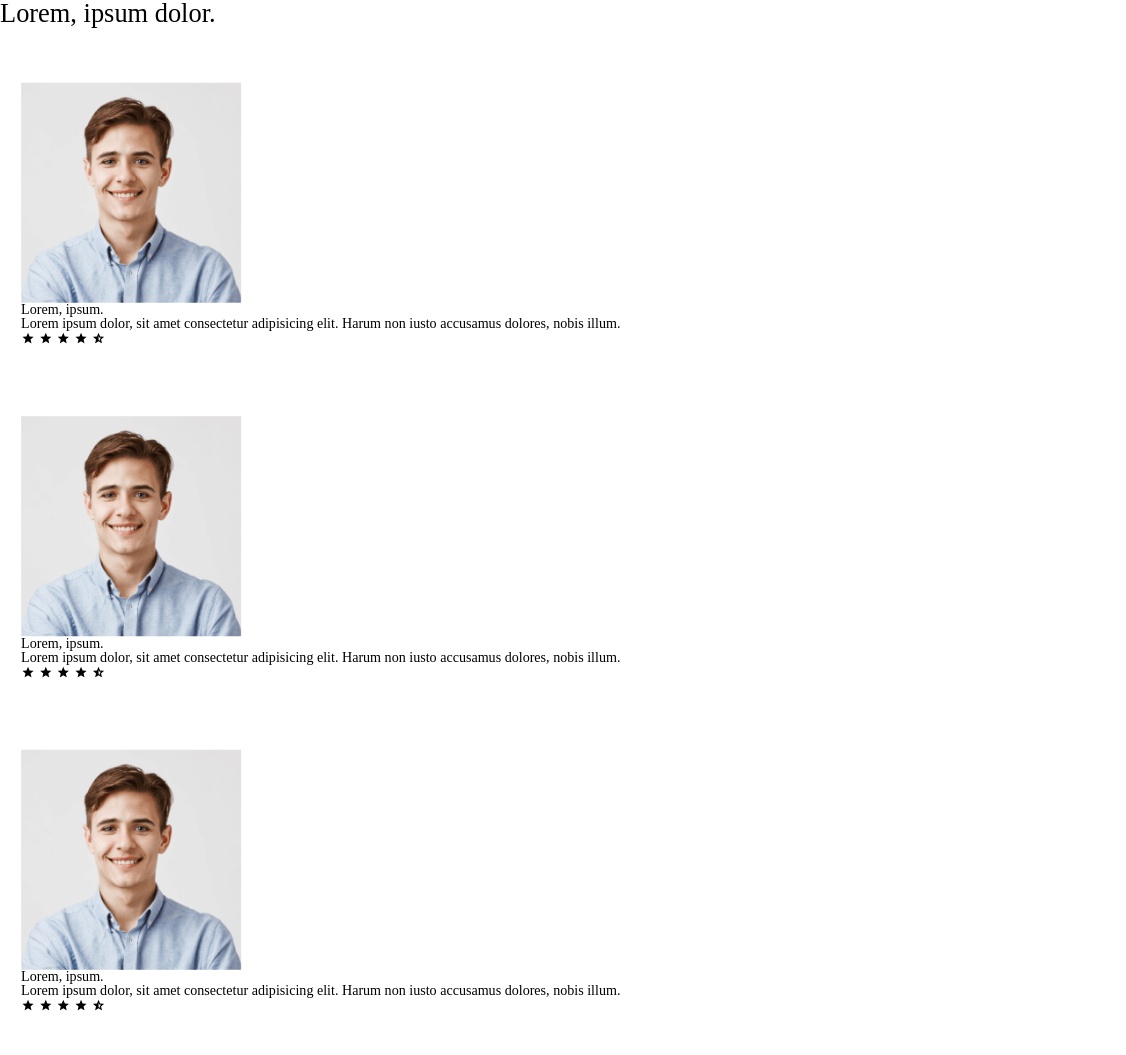
Repository: dinhhaidh/slider-3
Page: index.html
These files come from the project's save history. The page is drawn as it stood at one moment and after the next save; the edit follows.
The browser window is 1280 px wide. The pictures show the whole page, at 88% of full size.

Above is the page before, as saved 2024-03-22 21:52:27.

### index.html
<!DOCTYPE html>
<html lang="en">
<head>
    <meta charset="UTF-8">
    <meta name="viewport" content="width=device-width, initial-scale=1.0">
    <title>Document</title>
    <link rel="stylesheet" href="https://cdnjs.cloudflare.com/ajax/libs/remixicon/4.2.0/remixicon.min.css">

    <link rel="stylesheet" href="./css/swiper-bundle.min.css">

    <link rel="stylesheet" href="./css/style.css">

</head>
<body>
    <div class="new">
        <h3 class="new__title">
            Lorem, ipsum dolor.
        </h3>

        <div class="new__container container">
            <div class="new__swiper">
                <div>
                    <article class="new__card new__article">
                        <img src="./img1.png" alt="" class="new__img">
                        <h3 class="new__subtitle">
                            Lorem, ipsum.
                        </h3>
                        <p class="new__description">
                            Lorem ipsum dolor, sit amet consectetur adipisicing elit. Harum non iusto accusamus dolores, nobis illum.
                        </p>
                        <div class="new__stars">
                            <i class="ri-star-s-fill"></i>
                            <i class="ri-star-s-fill"></i>
                            <i class="ri-star-s-fill"></i>
                            <i class="ri-star-s-fill"></i>
                            <i class="ri-star-half-s-line"></i>
                        </div>
                    </article>

                    <article class="new__card new__article">
                        <img src="./img1.png" alt="" class="new__img">
                        <h3 class="new__subtitle">
                            Lorem, ipsum.
                        </h3>
                        <p class="new__description">
                            Lorem ipsum dolor, sit amet consectetur adipisicing elit. Harum non iusto accusamus dolores, nobis illum.
                        </p>
                        <div class="new__stars">
                            <i class="ri-star-s-fill"></i>
                            <i class="ri-star-s-fill"></i>
                            <i class="ri-star-s-fill"></i>
                            <i class="ri-star-s-fill"></i>
                            <i class="ri-star-half-s-line"></i>
                        </div>
                    </article>

                    <article class="new__card new__article">
                        <img src="./img1.png" alt="" class="new__img">
                        <h3 class="new__subtitle">
                            Lorem, ipsum.
                        </h3>
                        <p class="new__description">
                            Lorem ipsum dolor, sit amet consectetur adipisicing elit. Harum non iusto accusamus dolores, nobis illum.
                        </p>
                        <div class="new__stars">
                            <i class="ri-star-s-fill"></i>
                            <i class="ri-star-s-fill"></i>
                            <i class="ri-star-s-fill"></i>
                            <i class="ri-star-s-fill"></i>
                            <i class="ri-star-half-s-line"></i>
                        </div>
                    </article>
                </div>
            </div>
        </div>
    </div>

    <script src="./js/swiper-bundle.min.js"></script>
    <script src="./js/app.js"></script>
</body>
</html>

### css/style.css
*,
*:before,
*:after {
  box-sizing: border-box;
}
* {
  margin: 0;
  padding: 0;
  font: inherit;
}
img,
picture,
svg,
video {
  display: block;
  max-width: 100%;
}
input,
select,
textarea {
  background-color: transparent;
  outline: none;
}
button {
  cursor: pointer;
  background-color: transparent;
  outline: none;
  border: 0;
}
body {
  min-height: 100vh;
  font-weight: 400;
  font-size: 16px;
  line-height: 1;
}

.container{
  max-width: 1220px;
  Margin-inline: 1.5rem;
}


.new__title{
  font-size: 30px;
  margin-bottom: 2rem;
}

.new__card{
}
.new__article{
  padding: 2rem 0 3rem;
}
.new__img{

}
.new__subtitle{

}
.new__description{

}
.new__stars{

}
.ri-star-s-fill{

}
.ri-star-half-s-line{

}

### js/app.js

let swiperCustomer = new Swiper('.customer__swiper', {
    loop: true,
    spaceBetween: 16,
    slidesPerView: 'auto',
    centeredSlides: true,


     // Navigation arrows
    navigation: {
        nextEl: '.swiper-button-next',
        prevEl: '.swiper-button-prev',
    },

    breakpoints: {
        1150: {
            slidesPerView: 3,
            centeredSlides: false,
        }
    }
});

Loaded but not shown: css/swiper-bundle.min.css (library); js/swiper-bundle.min.js (library)

After the next save:
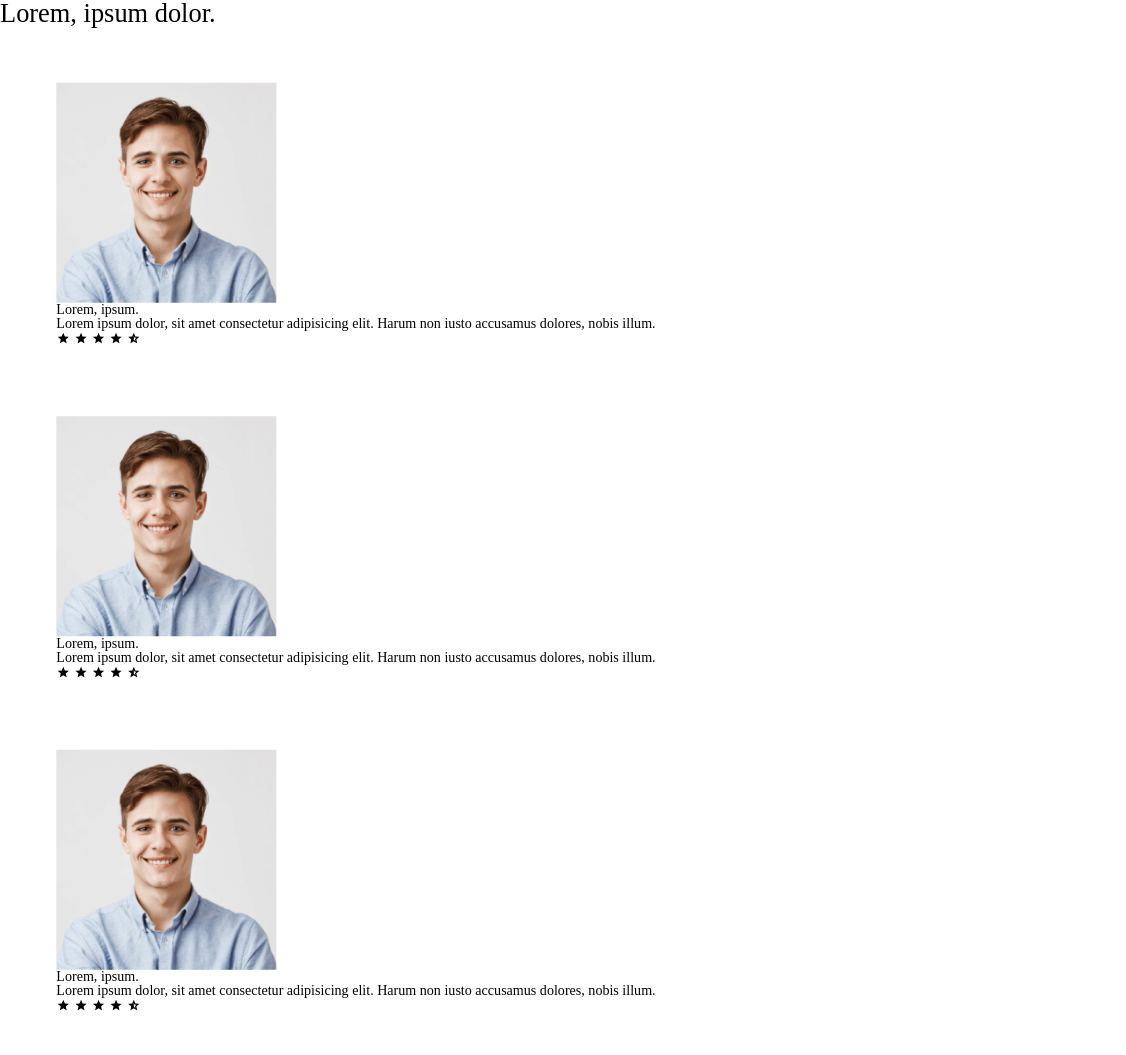
Saved 7 s later.
--- a/css/style.css
+++ b/css/style.css
@@ -48,7 +48,7 @@ body {
 .new__card{
 }
 .new__article{
-  padding: 2rem 0 3rem;
+  padding: 2rem 2.5rem 3rem;
 }
 .new__img{
 
